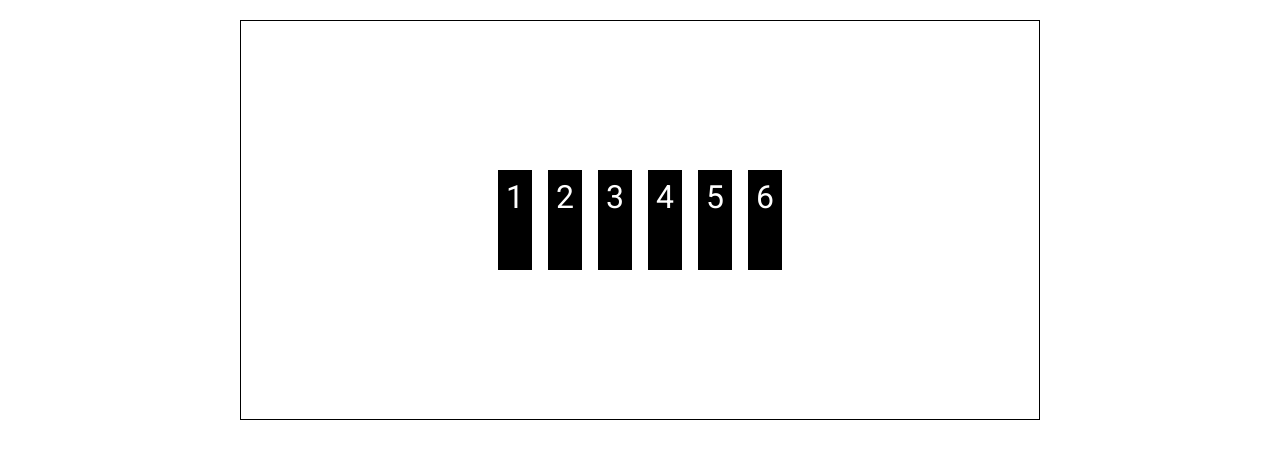
Repository: JavaProgrammerFromEastEurope/project-css-full-tutorial
Page: 14_lesson/index.html
An editor plug-in stored every save of this project. The page is shown before and after the next save, followed by the edit.
The browser window is 1280 px wide. The pictures show the whole page.

Above is the page before, as saved 2023-04-07 11:40:14.

### 14_lesson/index.html
<!DOCTYPE html>
<html lang="en">
  <head>
    <meta charset="UTF-8" />
    <meta http-equiv="X-UA-Compatible" content="IE=edge" />
    <meta name="viewport" content="width=device-width, initial-scale=1.0" />
    <title>CSS Flexbox</title>
    <link rel="stylesheet" href="css/style.css" />
  </head>

  <body>
    <main class="container">
      <div class="box">1</div>
      <div class="box">2</div>
      <div class="box">3</div>
      <div class="box">4</div>
      <div class="box">5</div>
      <div class="box">6</div>
    </main>
  </body>
</html>

### 14_lesson/css/style.css
@import url("https://fonts.googleapis.com/css2?family=Roboto&display=swap");

* {
  margin: 0;
  padding: 0;
  box-sizing: border-box;
}

body {
  font-family: "Roboto", sans-serif;
  min-height: 100vh;
  padding: 20px;
}

.container {
  max-width: 800px;
  min-height: 400px;
  margin-inline: auto;
  border: 1px solid #000;
  display: flex;
	gap: 1rem;
	justify-content: center;
	align-items: center;
	flex-flow: row wrap;
	align-content: space-evenly;
}

.box {
  /* min-width: 100px; */
  height: 100px;
  background-color: #000;
  color: #fff;
  font-size: 2rem;
  padding: 0.5rem;

	display: flex;
	justifycontent: center;
	align-

}

After the next save:
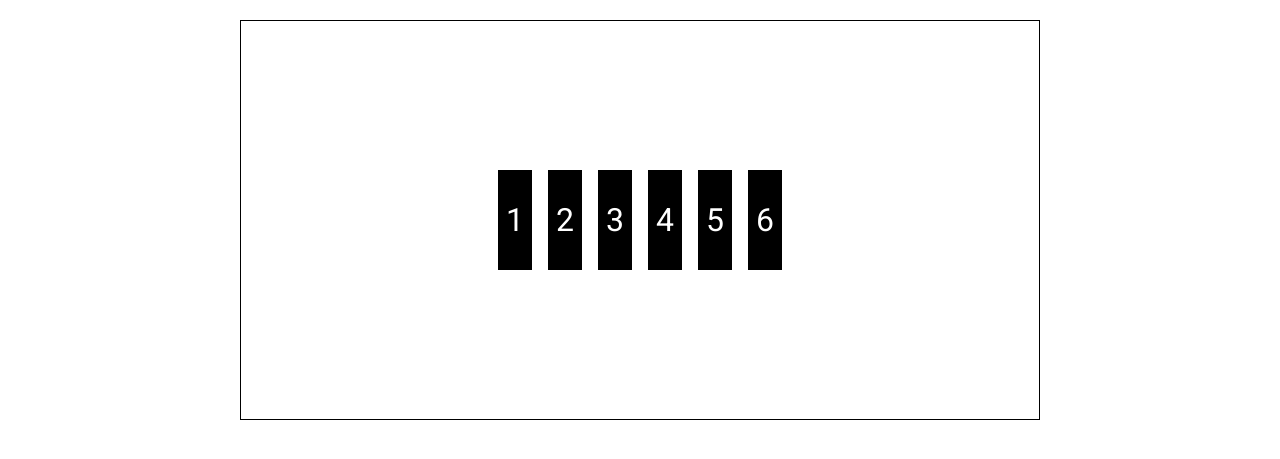
Saved 4 s later.
--- a/14_lesson/css/style.css
+++ b/14_lesson/css/style.css
@@ -35,6 +35,6 @@ body {
 
 	display: flex;
 	justifycontent: center;
-	align-
+	align-items: center;
 
 }
